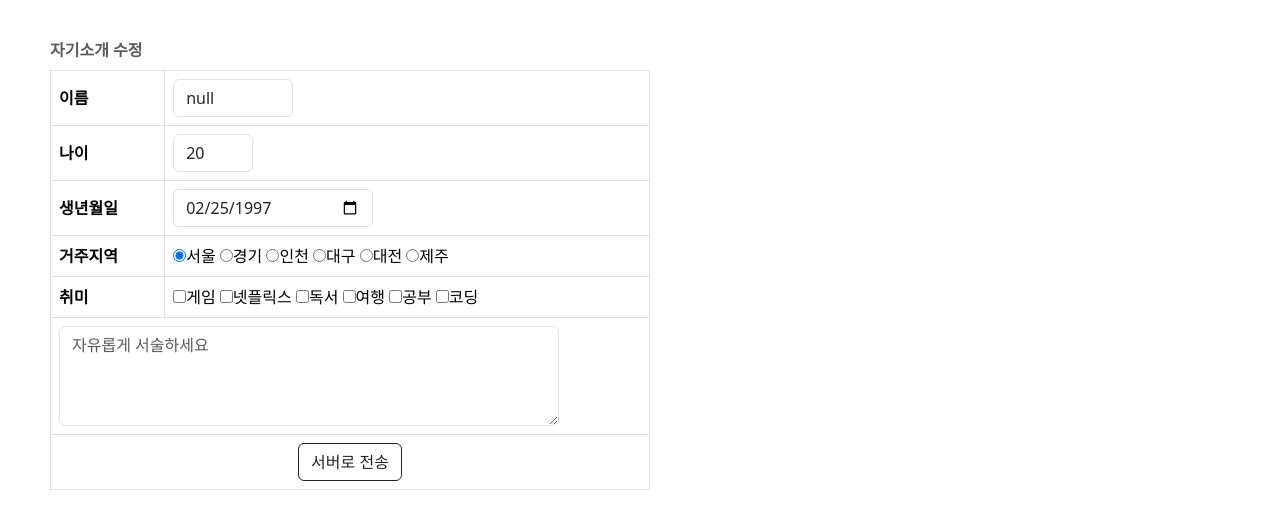
Repository: jini8293/Sist_04
Page: http://localhost/jspProject/intro/updateForm.jsp
An editor plug-in stored every save of this project. The page is shown before and after the next save, followed by the edit.
The browser window is 1280 px wide. The pictures show the whole page.
Some web fonts or font styles are not loaded; a fallback is used. The page is served by Tomcat 9. Queries for data that is not in the repository find no rows.

Above is the page before, as saved 2024-03-07 01:23:23.

After the next save:
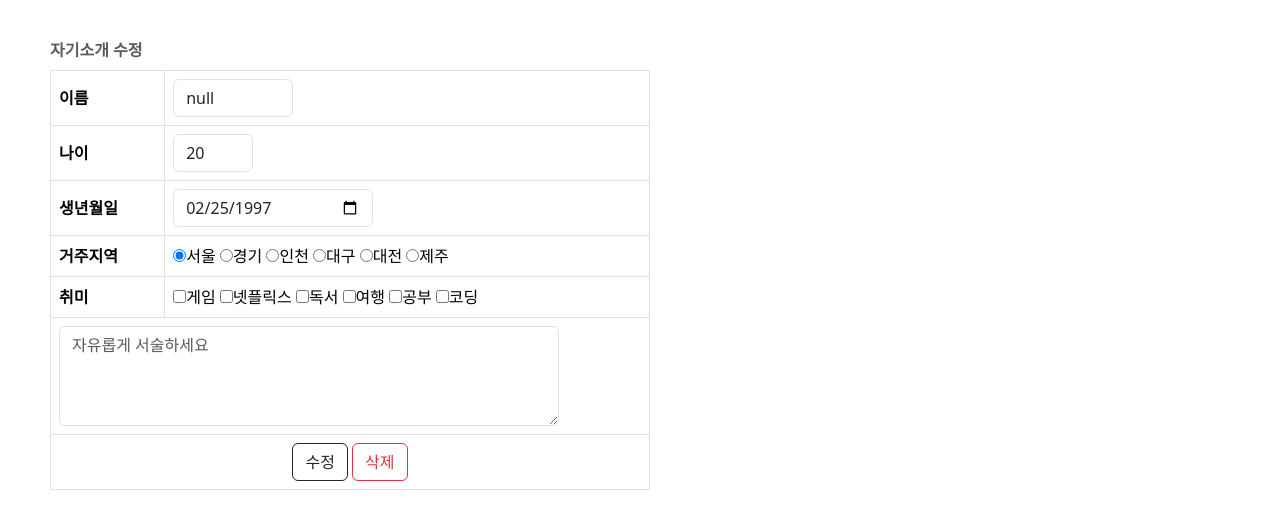
Saved 2 min 5 s later.
--- a/jspwork/jspProject/src/main/webapp/intro/updateForm.jsp
+++ b/jspwork/jspProject/src/main/webapp/intro/updateForm.jsp
@@ -72,13 +72,14 @@
 				<tr>
 					<td colspan="2">
 					<textarea style="width: 500px; height: 100px" placeholder="자유롭게 서술하세요"
-					class="form-control" name="memo"></textarea>
+					class="form-control" name="memo" value="<%=dto.getMemo()%>"></textarea>
 					</td>
 				</tr>
 
 				<tr>
 					<td colspan="2" align="center">
-					<button type="submit" class="btn btn-outline-dark">서버로 전송</button>
+					<button type="submit" class="btn btn-outline-dark">수정</button>
+					<button type="button" class="btn btn-outline-danger" onclick="location.href='deleteAction.jsp?num=<%=dto.getNum()%>'">삭제</button>
 					</td>
 				</tr>
 			</table>
